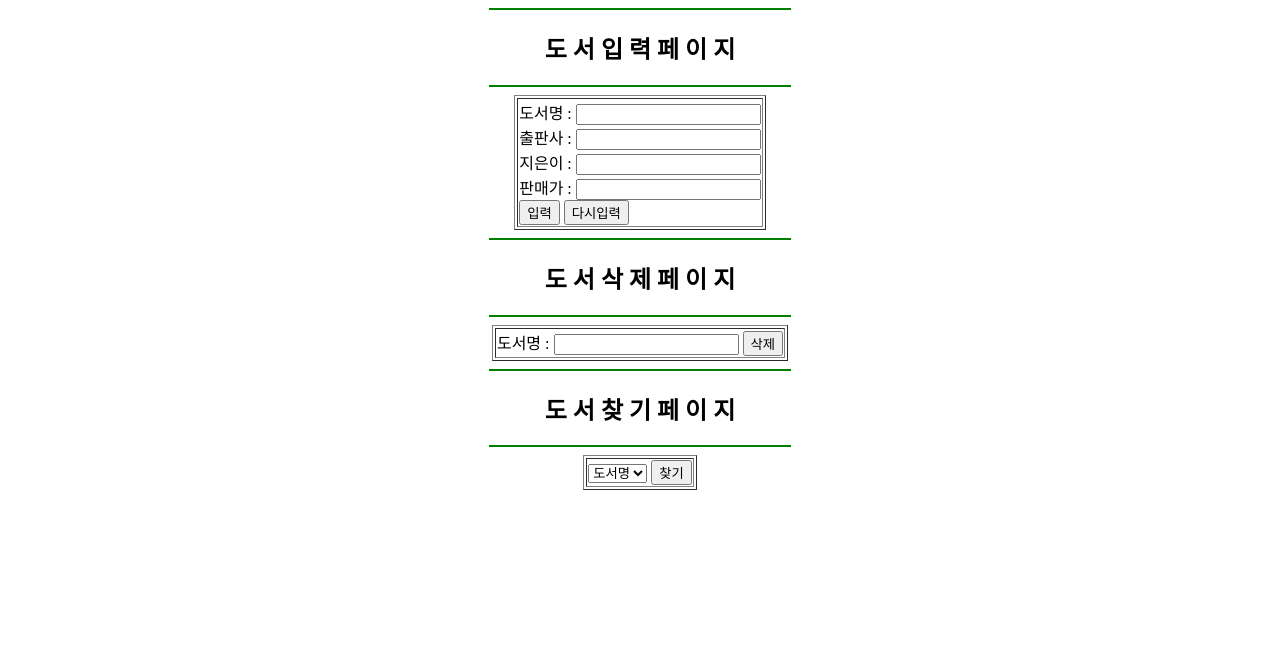
Repository: sungeunbyeol/Nowon-ezen-jsp
Page: http://localhost/jspBook/book/book.jsp
The author's editor kept a copy of each file at every save. The page is drawn from the files as they stood at one save, then again after a run of saves.
The browser window is 1280 px wide. The pictures show the whole page.
The page is served by Tomcat 9. Other server files are loaded and not shown.

Above is the page before, as saved 2021-11-04 06:19:15.

### jspBook/WebContent/book/book.jsp
<%@ page language="java" contentType="text/html; charset=EUC-KR"
    pageEncoding="EUC-KR"%>
<!DOCTYPE html>
<html>
<head>
<meta charset="EUC-KR">
<title>도서관리프로그램</title>
</head>
<body>
	<div align="center">
	<hr color = "green" width="300">
	<h2>도 서 입 력 페 이 지</h2>
	<hr color = "green" width="300">
		<form name="f" action="insert.jsp" method="post">
			<table border="1">
				<tr>
					<td>
					도서명 : <input type="text" name="bookname"> <br>
					출판사 : <input type="text" name="publisher"> <br>
					지은이 : <input type="text" name="writer"> <br>
					판매가 : <input type="text" name="price"> <br>
					<input type="submit" value="입력">
					<input type="reset" value="다시입력">
					</td>
				</tr>
			</table>
		</form>

		<hr color="green" width="300">
		<h2>도 서 삭 제 페 이 지</h2>
		<hr color="green" width="300">
		<form name="f" action="delete.jsp" method="post">
			<table border="1">
				<tr>
					<td>
						도서명 : <input type="text" name="bookname">
						<input type="submit" value="삭제">
					</td>
				</tr>
			</table>
		</form>

		<hr color="green" width="300">
		<h2>도 서 찾 기 페 이 지</h2>
		<hr color="green" width="300">
		<form name="f" action="find.jsp" method="post">
			<table border="1">
				<tr>
					<td>
						<select name="search">
							<option value="bookname"> 도서명</option>
							<option value="publisher"> 출판사</option>
							<option value="writer"> 지은이</option>
						</select>
						<input type="submit" value="찾기">
					</td>
				</tr>
			</table>
		</form>

	</div>
</body>
</html>

After the next 2 saves:
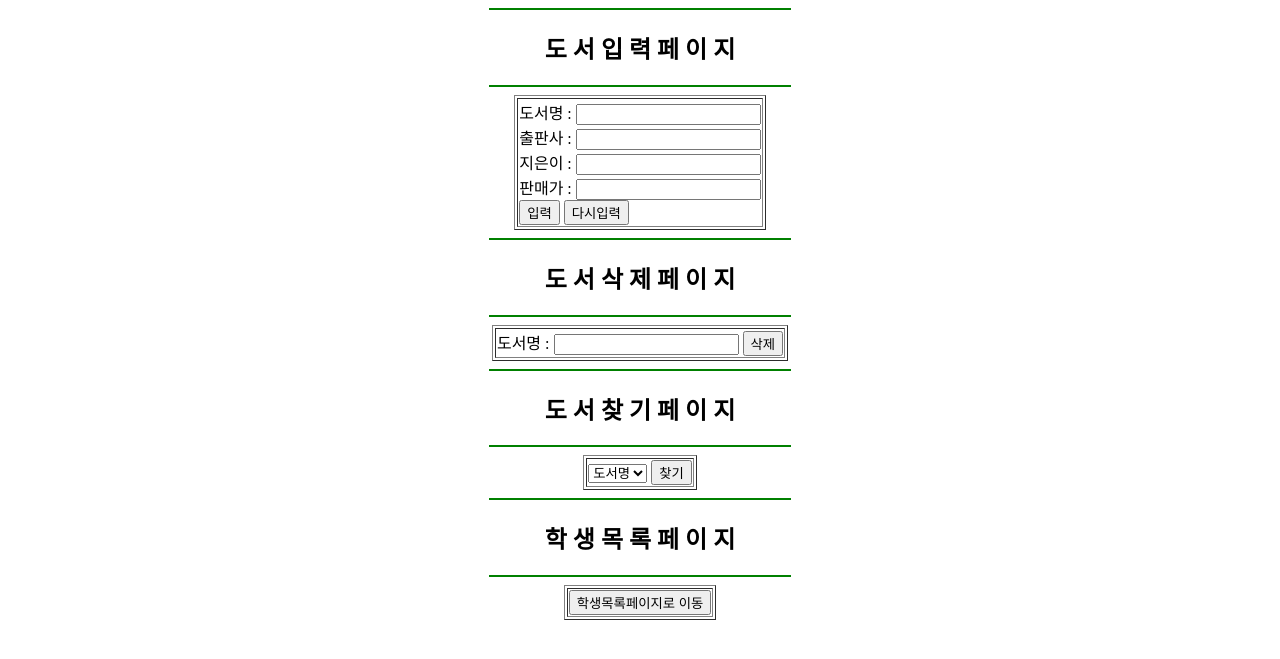
The 2 saves are shown as one change because they came seconds apart.
The last was saved 18 s later.
--- a/jspBook/WebContent/book/book.jsp
+++ b/jspBook/WebContent/book/book.jsp
@@ -58,6 +58,18 @@
 			</table>
 		</form>
 
+		<hr color="green" width="300">
+		<h2>학 생 목 록 페 이 지</h2>
+		<hr color="green" width="300">
+		<form name="f" action="list.jsp" method="post">
+			<table border="1">
+				<tr>
+					<td>
+						<input type="submit" value="학생목록페이지로 이동">
+					</td>
+				</tr>
+			</table>
+		</form>
 	</div>
 </body>
 </html>
